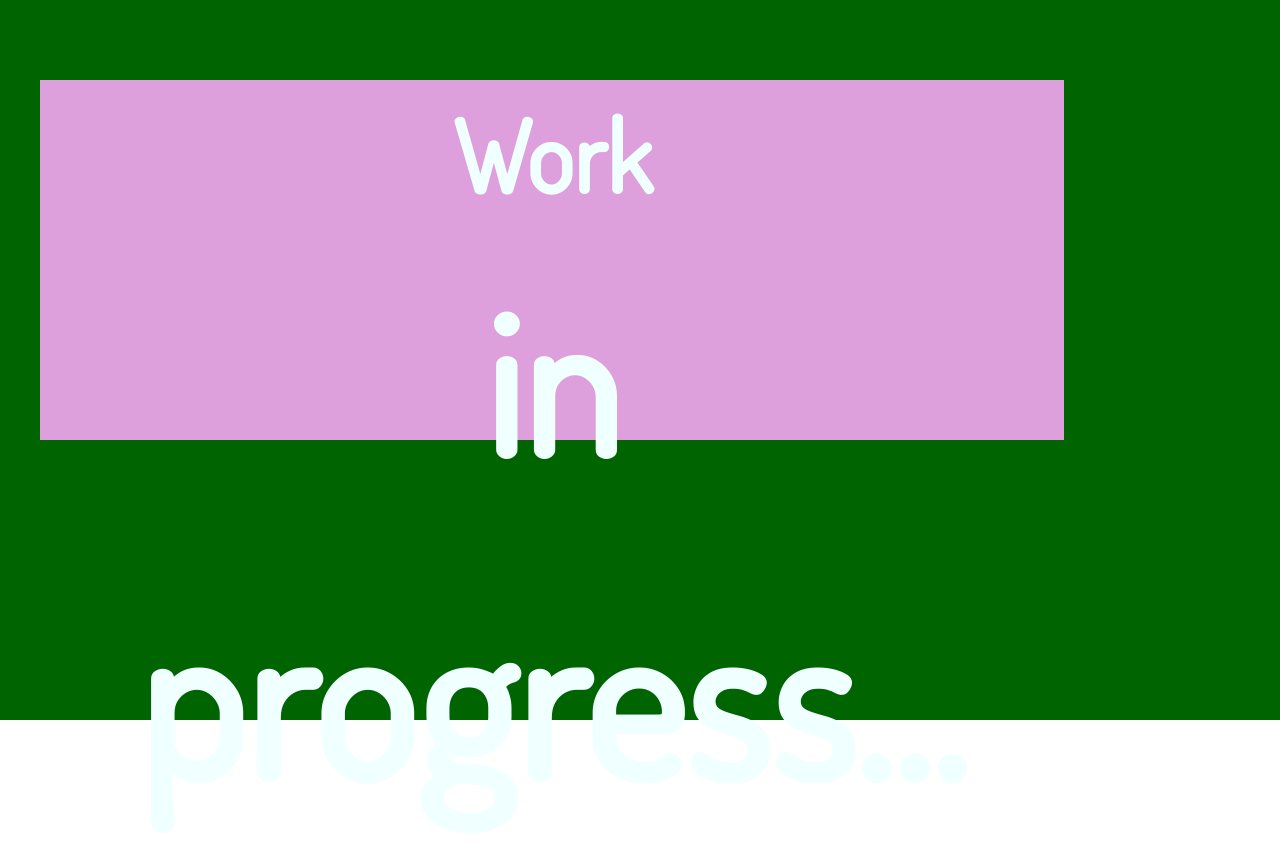
Repository: NollieChtn6/NollieChtn6.github.io
Page: index.html
An editor plug-in stored every save of this project. The page is shown before and after the next save, followed by the edit.
The browser window is 1280 px wide. The pictures show the whole page.

Above is the page before, as saved 2023-11-10 18:16:13.

### index.html

<!DOCTYPE html>

<html lang="fr">

<head>
  <meta charset="utf-8">
  <meta name="viewport" content="width=device-width">
  <link href="css/reset.css" rel="stylesheet">
  <link href="css/style.css" rel="stylesheet">
  <link
    href="https://fonts.googleapis.com/css2?family=Dosis&display=swap"
    rel="stylesheet">
  <title>Portfolio</title>
</head>

<body>

  <main class="main__container">

    <div class="main__content">

      <h1 class="main__title">
        <span class="main__title main__title--level-1">
          Work
        </span>
        <span class="main__title main__title--level-2">
          in
        </span>
        <span class="main__title main__title--level-3">
          progress...
        </span>
      </h1>

    </div>

  </main>

</body>

</html>

### css/style.css
/* VARIABLES */

/* :root {

} */


/* GÉNÉRAL */

* {
  box-sizing: border-box;
}

html {
  font-size: 62.5%;
}

body {
  display: flex;
  flex-direction: column;
  height: 100vh;
  min-height: 100vh;
}

h1 {
  font-family: 'Dosis', sans-serif;
}


/* MAIN  */

.main__container {
  display: flex;
  flex-direction: column;
  background-color: antiquewhite;
  height: 100vh;
  width: 100vw;
}

.main__content {
  display: flex;
  flex-direction: column;
  background-color:darkgreen;
  height: 100vh;
  width: 100vw;
  margin-top: auto;
  /* padding: 5rem 0rem 0rem 8rem; */
  /* justify-content: center; */
  /* align-items: center; */
  padding-top: 8rem;
  padding-left: 4rem;;

}

h1 {
  display: flex;
  flex-direction: column;
  width: 80vw;
  height: 50vh;
  font-size: 10rem;
  background-color: plum;
  color: azure;
  justify-content: space-between;
}

.main__title--level-1 {
  align-self: center;

}

.main__title--level-2 {
  align-self: center;
  font-size: 2em;
}

.main__title--level-3 {
  align-self: center;
  font-size: 2.2em;
}

Loaded but not shown: css/reset.css (common file)

After the next save:
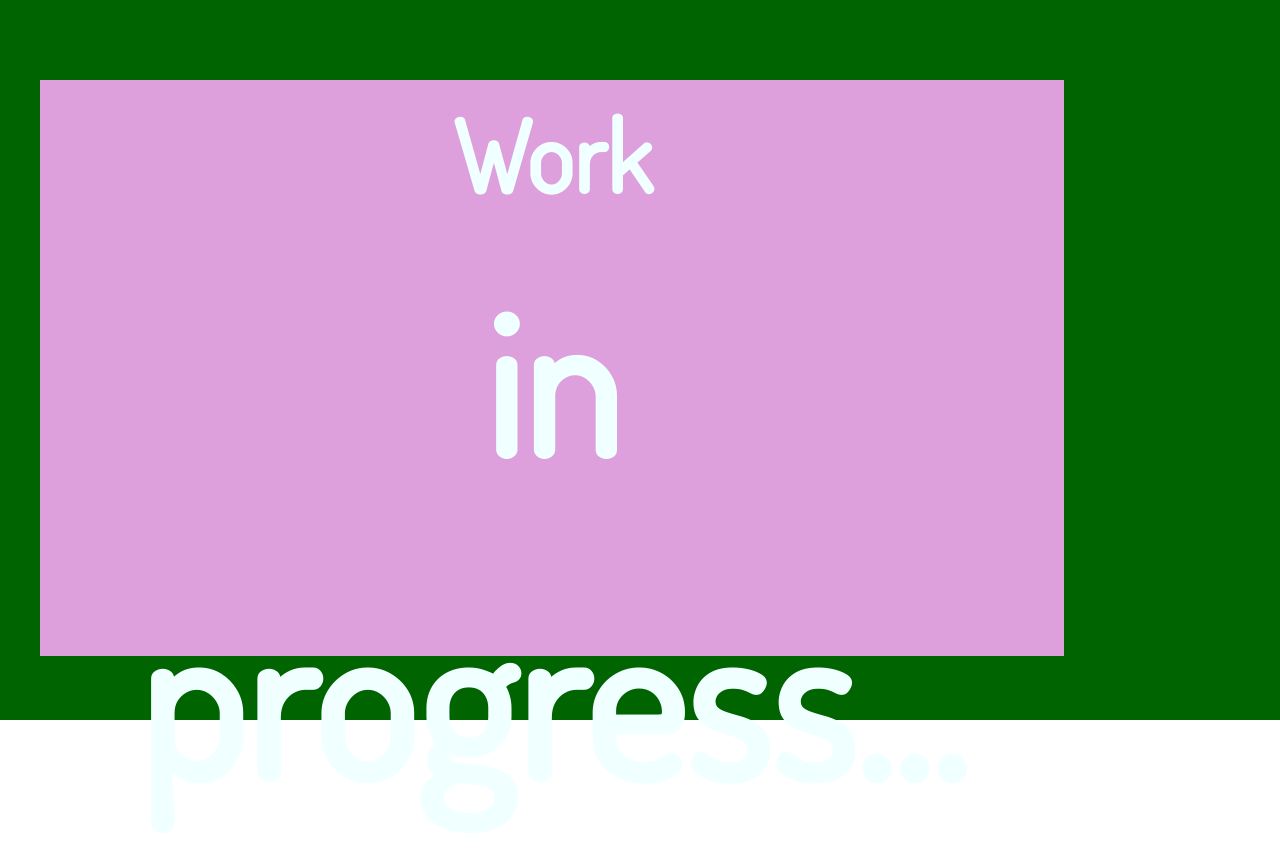
Saved 18 s later.
--- a/css/style.css
+++ b/css/style.css
@@ -56,7 +56,7 @@ h1 {
   display: flex;
   flex-direction: column;
   width: 80vw;
-  height: 50vh;
+  height: 80vh;
   font-size: 10rem;
   background-color: plum;
   color: azure;
